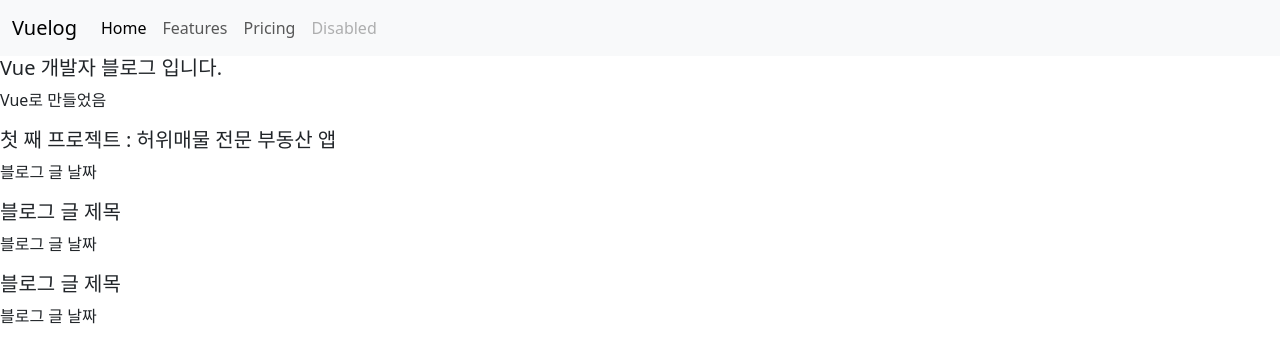
Repository: sangwoolee9701/testReposit
Page: / (app in vue_강습/blog/blog/)
An editor plug-in stored every save of this project. The page is shown before and after the next save, followed by the edit.
The browser window is 1280 px wide. The pictures show the whole page.
The project was rebuilt for these pictures with package versions that can differ from the ones it lists, and the page was loaded fresh each time. Also part of the build but not shown: vue_강습/blog/blog/vite.config.js, vue_강습/blog/blog/src/assets/main.css.

Above is the page before, as saved 2026-03-24 21:05:39.

### vue_강습/blog/blog/index.html
<!DOCTYPE html>
<html lang="">
  <head>
    <meta charset="UTF-8">
    <link rel="icon" href="/favicon.ico">

    <meta name="viewport" content="width=device-width, initial-scale=1.0">
    <title>Vite App</title>
  </head>
  <body>
    <div id="app"></div>
    <script type="module" src="/src/main.js"></script>
  </body>
</html>

### vue_강습/blog/blog/src/main.js
import './assets/main.css'

import { createApp } from 'vue'
import App from './App.vue'

import 'bootstrap'
import 'bootstrap/dist/css/bootstrap.min.css'

createApp(App).mount('#app')

### vue_강습/blog/blog/src/App.vue
<template>
  <nav class="navbar navbar-expand-lg bg-body-tertiary">
    <div class="container-fluid">
      <a class="navbar-brand" href="#">Vuelog</a>
      <button class="navbar-toggler" type="button" data-bs-toggle="collapse" data-bs-target="#navbarNav" aria-controls="navbarNav" aria-expanded="false" aria-label="Toggle navigation">
        <span class="navbar-toggler-icon"></span>
      </button>
      <div class="collapse navbar-collapse" id="navbarNav">
        <ul class="navbar-nav">
          <li class="nav-item">
            <a class="nav-link active" aria-current="page" href="#">Home</a>
          </li>
          <li class="nav-item">
            <a class="nav-link" href="#">Features</a>
          </li>
          <li class="nav-item">
            <a class="nav-link" href="#">Pricing</a>
          </li>
          <li class="nav-item">
            <a class="nav-link disabled" aria-disabled="true">Disabled</a>
          </li>
        </ul>
      </div>
    </div>
  </nav>

  <div class="container_wrap">
    <h5>Vue 개발자 블로그 입니다.</h5>
    <p>Vue로 만들었음</p>

  </div>

  <List :블로그글="블로그글"/>

</template>




<script>
import List from './components/List.vue';
import blog from './assets/blog.js';

export default{
  name: 'App',

  data(){
    return{
      블로그글 : blog

    }
  },

  components: {
    List : List,
  }
}
</script>







<style>


</style>

### vue_강습/blog/blog/src/components/List.vue
<template>
    <div>
        <h5>{{ 블로그글[0].title }}</h5>
        <p>블로그 글 날짜</p>
    </div>
    <div>
        <h5>블로그 글 제목</h5>
        <p>블로그 글 날짜</p>
    </div>
    <div>
        <h5>블로그 글 제목</h5>
        <p>블로그 글 날짜</p>
    </div>
</template>




<script>
export default{
    name : 'list',
    props : {
        블로그글 : Array,
    }
}
</script>







<style>
/* reset */





</style>

### vue_강습/blog/blog/src/assets/blog.js
export default [{
    title : '첫 째 프로젝트 : 허위매물 전문 부동산 앱',
    content : 'Vue를 이용하면 비누같이 매끈한 앱을 만들 수 있습니다',
    date : 'September 24, 2021',
    number : 0
  },{
    title : '둘 째 프로젝트 : 오마카세 배달 앱',
    content : '음식이 아니라 셰프를 직접 배달해드립니다',
    date : 'October 20, 2020',
    number : 1
  },{
    title : '셋 째 프로젝트 : 현피 앱',
    content : '거리를 설정하면 가장 가까운 파이터를 소개해드려요! 서로 싸워보세요',
    date : 'April 24, 2019',
    number : 2
  }
]

After the next save:
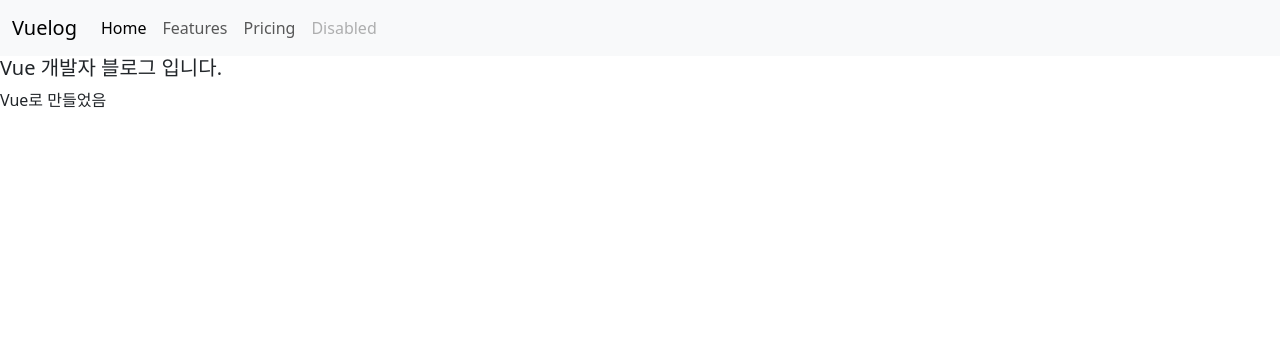
Console error: TypeError: Cannot read properties of undefined (reading '0')
Saved 13 s later.
--- a/vue_강습/blog/blog/src/App.vue
+++ b/vue_강습/blog/blog/src/App.vue
@@ -30,7 +30,7 @@
 
   </div>
 
-  <List :블로그글="블로그글"/>
+  <List :블로그글그="블로그글"/>
 
 </template>
 

After the 4 saves that followed:
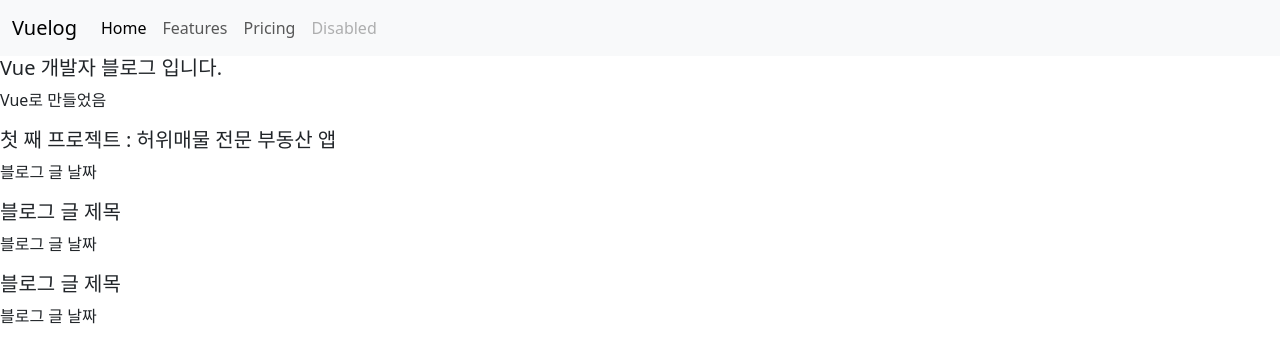
The error is gone.
The 4 saves are shown as one change because 3 left the picture as it was.
The last was saved 18 s later.
--- a/vue_강습/blog/blog/src/components/List.vue
+++ b/vue_강습/blog/blog/src/components/List.vue
@@ -1,6 +1,6 @@
 <template>
     <div>
-        <h5>{{ 블로그글[0].title }}</h5>
+        <h5>{{ 블로그글그[0].title }}</h5>
         <p>블로그 글 날짜</p>
     </div>
     <div>
@@ -20,7 +20,7 @@
 export default{
     name : 'list',
     props : {
-        블로그글 : Array,
+        블로그글그 : Array,
     }
 }
 </script>
